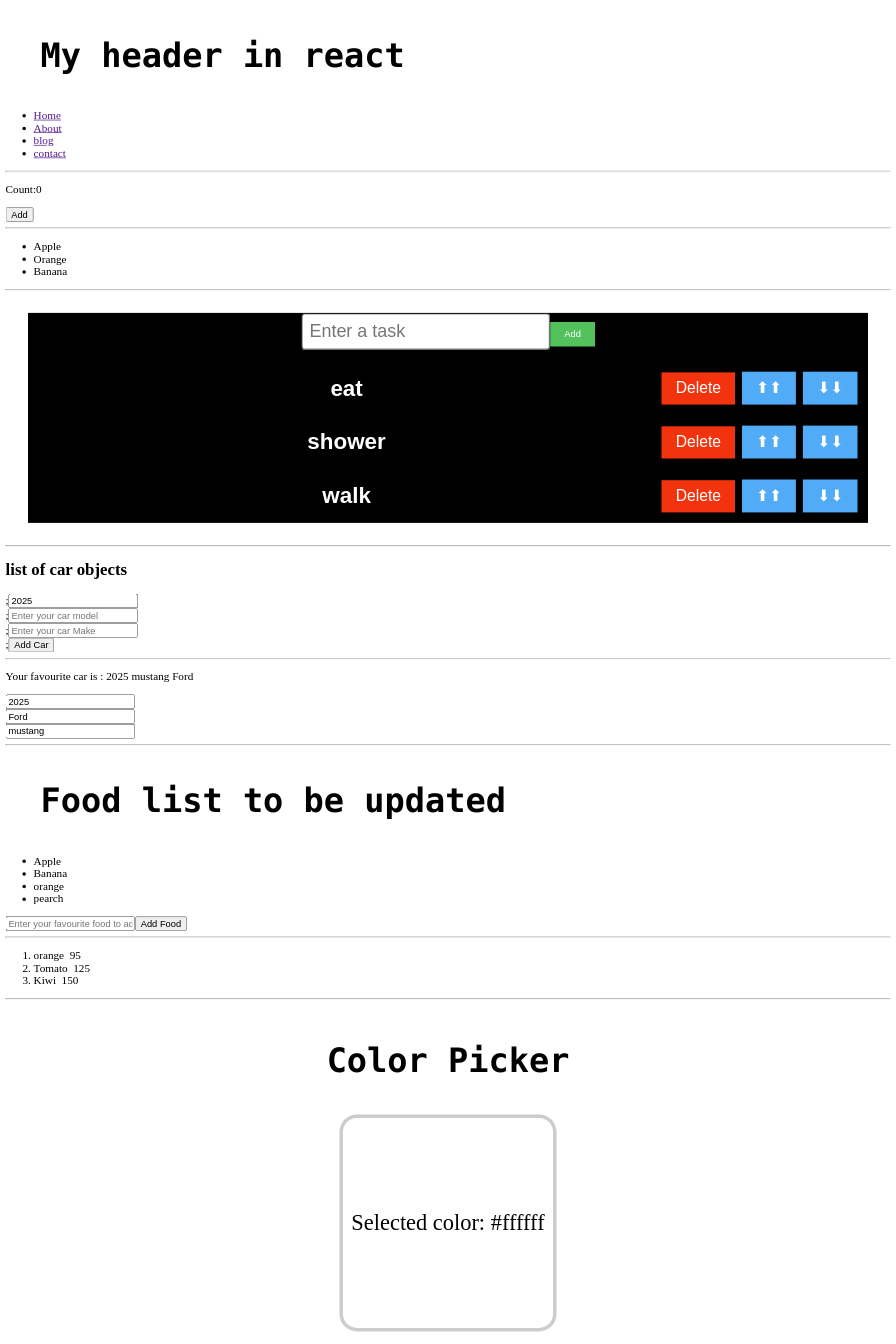
Repository: profbkmurage/reactLearning
Page: /
These files come from the project's save history. The page is drawn as it stood at one moment and after the next save; the edit follows.
The browser window is 1280 px wide. The pictures show the part of the page from y = 0 to 1920 px (the page is 5832 px tall before and 5913 px after), at 70% of full size.
The project was rebuilt for these pictures with package versions that can differ from the ones it lists, and the page was loaded fresh each time. Also part of the build but not shown: vite.config.js, src/DigitalClock.jsx.

Above is the page before, as saved 2025-02-14 10:19:43.

### src/App.jsx
import Header from "./header";
import Footer from "./footer";
import Food from "./Food";
import Card from "./Card";
import Person from "./reactProps";
import profilePic from './assets/bk.jpg';
import UserGreeting from "./usergreeting";
import List from "./List";
import ReusableList from "./ReusableList";
import Button from "./Button";
import PicHide from "./PicHide";
import MyComponent from "./MyComponent.jsx"
import Counter from "./Counter.jsx";
import ChangeHandler from "./OnchangeFile.jsx";
import ColorPicker from "./ColorPicker.jsx";
import UpdaterFunction from "./UpdaterFunctions.jsx";
import FoodUpdater from "./FoodUpdater.jsx";
import CarUpdater from "./CarUpdater.jsx";
import ToDooList from "./ToDoo.jsx";
import ComponetMain from "./UseEffectLearn.jsx";
import DigitalClock from "./DigitalClock.jsx";

function App() {

    const fruits = [{ id:1 ,name: 'Banana', carlories: 50 },
                    { id: 2,name: 'orange', carlories: 95 },
                    { id: 3,name: 'Tomato', carlories: 125 },
                    { id: 4,name: 'Kiwi', carlories: 150 }
                    // the id willl help to give the key value which is necessary for react to keep track of the data in the list
    ];

    const vegetables = [{ id:5 ,name: 'Cabbage', carlories: 50 },
                    { id: 6,name: 'Kales', carlories: 95 },
                    { id: 7,name: 'Apple', carlories: 125 },
                    { id: 8,name: 'Brocolli', carlories: 150 }
                    // the id willl help to give the key value which is necessary for react to keep track of the data in the list
    ];

    const cars = [
    ];

  return (
    // since the retun statement here can only return one component, we tie all components in a fragment
    <>
      <Header></Header> {/* //can also be written as <Header/> */}

      <hr />
      <ComponetMain />
      <hr />
      <Food />
      <hr />
      <ToDooList />
      <hr />
      <CarUpdater/>
      <hr />
      <UpdaterFunction/>
      <hr />
      <FoodUpdater/>
      <hr />
      <List/> {/*this pulls from one componet that is not reusable*/}
      <hr />
      <ColorPicker/>
      <hr />
      <Counter/>
      <hr />
      <ChangeHandler/>
      <hr />
      <PicHide/>
      <hr />
     <MyComponent/>
      <hr />
      <Button/>
      <hr />
      <hr />
      <ReusableList items={fruits} cartegory ='Fruits'/> {/*this pulls from one componet that is reusable*/}
      <ReusableList items={vegetables} cartegory ='Vegetables '/> {/*this pulls from one componet that is reusable*/}
      {cars.length > 0 && <ReusableList items={cars} cartegory='Cars ' />} {/*this will render the car list conditionally such that when the list is empty then it will not appear on the frontend*/}
      <hr />

      <UserGreeting isLoggedIn= {true} userName= 'Prof'/>
      <hr />

      <Card/>
      <Card/>
      <hr />

      <Person name='Ben' imgsrc={profilePic} isStudent={false} description='lorem ihhdfcuyhyghfvvayhgjkjeijijeij' age={45} />
      <Person/>
      <hr />

      <Footer/>
    </>
  )
}
// card
export default App

### src/header.jsx

function Header() {
    // react components are only able to return one elememt only but you can tie children in the elements
    return (
        <header>
            <h1>My header in react</h1>
            <nav>
                <ul>
                    <li><a href="">Home</a></li>
                    <li><a href="">About</a></li>
                    <li><a href="">blog</a></li>
                    <li><a href="">contact</a></li>
                </ul>
            </nav>
        </header>
    )
}

export default Header;

### src/footer.jsx
function Footer() {
    return (
        <footer>
            <p>&copy;{new Date().getFullYear()} all rights reseved</p>
        </footer>
    )
}

export default Footer

### src/Food.jsx
function Food() {
    const food1 = 'Orange';
    const food2 = 'Banana';

    return (
        <ul>
            <li>Apple</li>
            <li>{food1}</li>
            <li>{food2}</li>
        </ul>
    )
}

export default Food

### src/Card.jsx
import profilePic from "./assets/bk.jpg"

function Card() {
    return (
        <div className="card">
            <img className="cardImage" src={profilePic} alt="" />
            <h2 className="cardTitle">Brian Murage</h2>
            <p className="cardText">I am a student currently taking a bachelors degree in education science</p>
        </div>
    );
}

export default Card

### src/reactProps.jsx
// you have to import proptypes so as to use and create the property types
import propTypes from "prop-types";
import defaultPic from "./assets/bk.jpg"

function Person(props) {
    return (
         <div className="card">
            <img className="cardImage" src={props.imgsrc} alt="a pic here" />
            <h2 className="cardTitle">{props.name}</h2>
            <p className="cardText">{props.description}</p>
            <p className="cardText">{props.age}</p>
            <p className="cardText">{props.isStudent ? 'yes' : 'no'} </p>
        </div>
    )
}

Person.propTypes = {
    name: propTypes.string,
    age: propTypes.number,
    description: propTypes.string,
    imgsrc: propTypes.string,
    isStudent: propTypes.bool
}
// props can have default values such that when not defined, these will take effect
Person.defaultProps = {
     name: 'no defined name',
    age: 'age not defined',
    description: 'no defined value here',
    imgsrc: defaultPic,
    isStudent: false
}

export default Person

### src/usergreeting.jsx
import propTypes from"prop-types"

function UserGreeting(props) {
    // if (props.isLoggedIn) {
    //     return (
    //         <h2>Welcome {props.userName}</h2>
    //     )
    // }this can be replced by a tenary operation
    const logInMessage = <h2 className="login-prompt">please login to continue</h2>;
    const loggedInMessage = <h2 className="welcome-message">welcome {props.userName}</h2>;

    return(props.isLoggedIn ? loggedInMessage : logInMessage)

}

UserGreeting.propTypes = {
    userName: propTypes.string,
    isLoggedIn: propTypes.bool
}

export default UserGreeting;

### src/List.jsx


function List() {
    const fruits = [{ id:1 ,name: 'Banana', carlories: 50 },
                    { id: 2,name: 'orange', carlories: 95 },
                    { id: 3,name: 'Tomato', carlories: 125 },
                    { id: 4,name: 'Kiwi', carlories: 150 }
                    // the id willl help to give the key value which is necessary for react to keep track of the data in the list
    ];
    // we can sort the list before we display it
    //fruits.sort((a, b) => a.name.localeCompare(b.name));  //this is using alphabetical
    // fruits.sort((a, b) => b.name.localeCompare(a.name));  //this is using reverse alphabetical

    // sorting by numerical values
    // fruits.sort((a,b) => b.carlories - a.carlories)

    // sorting by a specific criterion eg. get all that are greater than 94
    const lowCarlories = fruits.filter(fruit => fruit.carlories > 94);

    const listItems = lowCarlories.map(lowCarlorie => <li key={lowCarlorie.id}>
                                            {lowCarlorie.name} &nbsp;
                                            {lowCarlorie.carlories}
                                            </li>);
    return (
        <ol>{listItems}</ol>
    )
}

export default List

### src/ReusableList.jsx
import propTypes from 'prop-types';

function ReusableList(props) {
    const cartegory = props.cartegory;
    const itemList = props.items;

    const listItems = itemList.map(item => <li key={item.id}>
                                    {item.name}: &nbsp;
                                    <b>{item.calories}</b>
                                </li> );
    return (<>
        <h3 className='list-cartegory'>{cartegory}</h3>
        <ol className='list-item'>{listItems}</ol>
    </>)
}

ReusableList.propTypes = {
    cartegory : propTypes.string,
    items: propTypes.arrayOf(propTypes.shape({
        id: propTypes.number,
        name: propTypes.string,
        calories: propTypes.number
    }))
}

ReusableList.defaultProps = {
    cartegory: 'Cartegory',
    items: []
}

export default ReusableList;

### src/Button.jsx
function Button() {
    // const handleClick = () => alert('Hi there');

    let count = 0;
    const handleClickParams = (name) => {
        if (count < 3) {
            count++;
            alert(`${name} you clicked me ${count} times!`);
        } else {
            alert(name + ' stop clicking me now!')
        }

    }
    return (
        <>
        {/* <button onClick ={handleClick}>click me now 😂😂</button> */}
            <button onClick={()=>handleClickParams('Brian')}>click me now 😂😂</button>
            </>
    )
}

export default Button

### src/PicHide.jsx
function PicHide() {
    const imgURL = './src/assets/bk.jpg';

    const handleClick = (e) => e.target.style.display = 'none';

    return (
        <img onClick={(e)=> handleClick(e)} src={imgURL} alt="" ></img>
    )
}

export default PicHide

### src/MyComponent.jsx
import {useState} from "react";

function MyComponent() {
    const [name, setName] = useState('Guest');
    const [age, setAge] = useState(0);
    const [isEmployed, setIsEmployed] = useState(false);

    const updateName = () => {
        setName('Oswad Coberpolt')
    }

    const incrementAge = () => {
        setAge(age + 1);
    }

    const toogleEmployedStatus = () => {
        setIsEmployed(!isEmployed);
    }

    return (
        <div>
            <p>Name: {name}</p>
            <button onClick={updateName}>Set Name</button>

            <p>Age: {age}</p>
            <button onClick={incrementAge}>Set age</button>

            <p>Is Employed: {isEmployed?'Yes': 'No'}</p>
            <button onClick={toogleEmployedStatus}>Toogle employment status</button>
        </div>
    )
}

export default MyComponent;

### src/Counter.jsx
import  { useState } from "react";

function Counter() {
    let [counter, setCounter] = useState(0);

    const increment = () => {
        setCounter(counter++);
    }

    const decrement = () => {
        setCounter(counter--);
    }

    const reset = () => {
        setCounter(0);
    }

    return (
        <div className="counter-div">
            <p className="count-display">{counter}</p>
            <button onClick={decrement} className="bttn counter-decrease">Deacrese</button>
            <button onClick={reset} className="bttn reset">reset</button>
            <button onClick={increment} className="bttn increase">increase</button>
        </div>
    )

}

export default Counter

### src/OnchangeFile.jsx
import { useState } from "react";

function ChangeHandler() {
    const [name, setName] = useState('Your name here');
    const [quantity, setQuantity] = useState(0);
    const [paymentMode, setPaymentMode] = useState('Select only one');
    const [shippingMethod,setShipMethod] = useState('')

    function handleNameChange(event) {
        setName(event.target.value);
    }

    function handleQuantity(event) {
        setQuantity(event.target.value);
    }

    function handlePaymentMode() {
        setPaymentMode(event.target.value);
    }

    function handleShipment(event) {
        setShipMethod(event.target.value);
    }

    return (
        <div>
            <input type="text" value={name} onChange={handleNameChange} />
            <p>Name: {name}</p>

            <input type="number" value={quantity} onChange={handleQuantity } />
            <p>quantity: {quantity}</p>

            <select name="" id="" value={paymentMode} onChange={handlePaymentMode}>
                <option value="">select one</option>
                <option value="visa">visa</option>
                <option value="master">master</option>
                <option value="giftCard">giftCard</option>
                <option value="mpesa">mpesa</option>
            </select>
            <p>Payment: {paymentMode}</p>
            <br />
            <label >
                <input type="radio" value='pick up' checked = {shippingMethod === 'pick up'} onChange={handleShipment} />
                pick up
            </label><br />
            <br />
            <label >
                <input type="radio" value='delivery' checked = {shippingMethod === 'delivery'} onChange={handleShipment} />
                delivery
            </label><br />
            <p>Shippment Method: {shippingMethod}</p>
        </div>
    )
}

export default ChangeHandler;

### src/ColorPicker.jsx
import { useState } from "react";

function ColorPicker() {
    const [color, setColor] = useState("#ffffff");

    function handleColorChange(event) {
        setColor(event.target.value)
    }

    return (
        <div className="color-picker-container">
            <h1>Color Picker</h1>
            <div className="color-display" style={{ backgroundColor: color }}>
                <p>Selected color: {color}</p>
            </div>
            <label htmlFor="">Select a color: </label>
            <input type="color" value={color} onChange={handleColorChange} />
        </div>
    )
}

export default ColorPicker;

### src/UpdaterFunctions.jsx
import { useState } from "react";

function UpdaterFunction() {
    const [car, setCar] = useState({
        year: 2025,
        make: "Ford",
        model: "mustang"
    })

    function handleYearChange(event) {
        setCar(c => ({ ...c, year: event.target.value }));
        // the spread operator ...car must be used so that when updating, the car object retains the other property other than the year preoperty
}
    function handleModelChange(event) {
        setCar(c => ({ ...c, model: event.target.value}));

}
    function handleMakeChange(event) {
        setCar(c => ({ ...c, make: event.target.value }));
}

    return (
        <div>
            <p>Your favourite car is : {car.year} {car.model} {car.make}</p>
            {/* the goal here is to have the data in the paragraph change depending on what the user wants, so we need to have some inputs */}
            <input type="number" value={car.year} onChange={handleYearChange}/><br />

            <input type="text" value={car.make}onChange={handleMakeChange} /><br />
            <input type="text" value={car.model} onChange={handleModelChange} /><br />
        </div>
    );
}

export default UpdaterFunction;

### src/FoodUpdater.jsx
import { useState } from "react";

function FoodUpdater() {
    const [foods, setFoods] = useState(['Apple', 'Banana', 'orange', 'pearch']);

    function handleAddFood() {
        const newFood = document.getElementById('foodInput').value;
        document.getElementById('foodInput').value = '';

        setFoods(f => [...f, newFood]);

    }
    function handleRemoveFood(index) {
        setFoods(foods.filter((_,i)=>i!==index))
    }

    return (
        <div>
            <h1>Food list to be updated</h1>
            <ul>
                {foods.map((food, index) => <li key={index} onClick={()=>handleRemoveFood(index)}>{food}</li>)}
            </ul>

            <input type="text" id="foodInput" placeholder="Enter your favourite food to add to list" />
            <button onClick={handleAddFood}>Add Food</button>
        </div>
    )

}

export default FoodUpdater;

### src/CarUpdater.jsx
import { useState } from "react";

function CarUpdater() {
    const [cars, setCars] = useState([]);
    const [carYear, setCarYear] = useState(new Date().getFullYear());
    const [carMake, setCarMake] = useState('');
    const [carModel, setCarModel] = useState('')

    // function to add car and remove it
    function handleAddCar() {
        const newCar = {
            year: carYear,
            make: carMake,
            model: carModel
        };
        setCars(c => [...c, newCar]);
        setCarMake('');
        setCarModel('');
        setCarYear(new Date().getFullYear());
    }

    function handleRemoveCar(index) {
        setCars(c => c.filter((_, i) => i !== index));
    }
    // ?function to add year
    function handleYearChange(event) {
        setCarYear(event.target.value);
    }

    // function to add make
    function handleMakeChange(event) {
        setCarMake(event.target.value);
    }
    // function to add model
    function handleModelChange(event) {
        setCarModel(event.target.value);
    }
    return (
        <div>
            <h2>list of car objects</h2>
            <ul>
                {cars.map((car, index) =>
                    <li key= {index} onClick={()=>handleRemoveCar(index)} >
                        {car.year} {car.model} {car.make}
                </li>
            )}
            </ul>;
        <input type="number" value= {carYear} onChange={handleYearChange} /><br/>;
        <input type="text" placeholder="Enter your car model" value= {carModel} onChange={handleModelChange} /><br/>;
        <input type="text" placeholder="Enter your car Make" value= {carMake} onChange={handleMakeChange} /><br/>;
        <button onClick={handleAddCar}>Add Car</button>
        </div>
    );
}

export default CarUpdater

### src/ToDoo.jsx
import { useState } from "react";

function ToDooList() {
    const [tasks, setTasks] = useState(['eat', 'shower', 'walk']);
    const [newTask, setNewTask] = useState('');



    function handleInputChange(event) {
        setNewTask(event.target.value)
    }

    function addTask() {
        if (newTask.trim() !== '') {
            setTasks(t => [...t, newTask]);
            setNewTask('');
        } else { alert('invalid input method! task cannot be empty') };

    }

    function deleteTask(index) {
        const updatedTasks = tasks.filter((_, i) => i !== index);
        setTasks(updatedTasks);
    }

    function moveTaskUp(index) {
        if (index > 0) {
            const updatedTasks = [...tasks];
            [updatedTasks[index], updatedTasks[index - 1]] = [updatedTasks[index - 1], updatedTasks[index]];
            setTasks(updatedTasks);
        }
    //     else {
    //         const bttn = document.querySelector('move-button')
    //         bttn.style.display= 'none'
    //   }
    }

    function moveTaskDown(index) {
        if (index < tasks.length-1) {
            const updatedTasks = [...tasks];
            [updatedTasks[index], updatedTasks[index + 1]] = [updatedTasks[index + 1], updatedTasks[index]];
            setTasks(updatedTasks);
      }

    }
    return (
        <div className="to-do-list">
            <div>
                <input type="text" placeholder="Enter a task" value={newTask} onChange={handleInputChange} />
                <button className="add-button" onClick={addTask}>Add</button>
            </div>
            <ol>
                {tasks.map((task, index) =>
                    <li key={index}><span className="text">{task}</span>
                    <button className="delete-button" onClick={()=>deleteTask(index)}>Delete</button>
                    <button className="move-button" onClick={()=>moveTaskUp(index)}>⬆⬆</button>
                    <button className="move-button" onClick={()=>moveTaskDown(index)}>⬇⬇</button>
                    </li>
                )}
        </ol>

        </div>
    );
}

export default ToDooList;

### src/UseEffectLearn.jsx
import { useState, useEffect } from "react";

function ComponetMain() {
    const [count, setCount] = useState(0);

    // useeffect should be placed near the top
    useEffect(() => {
        document.title = `count: ${count}`;
    },[count]) //the second argument is a dependacy which tells react to update our title only when ther dependacy changes

    function addCount() {
        setCount(c => c + 1);
    }

    return (
        <div>
            <p>Count:{count} </p>
            <button onClick={addCount}>Add</button>
        </div>
    )
}

export default ComponetMain;

Loaded but not shown: index.html (common file); src/main.jsx (common file); src/index.css (242 lines, source omitted)

After the next save:
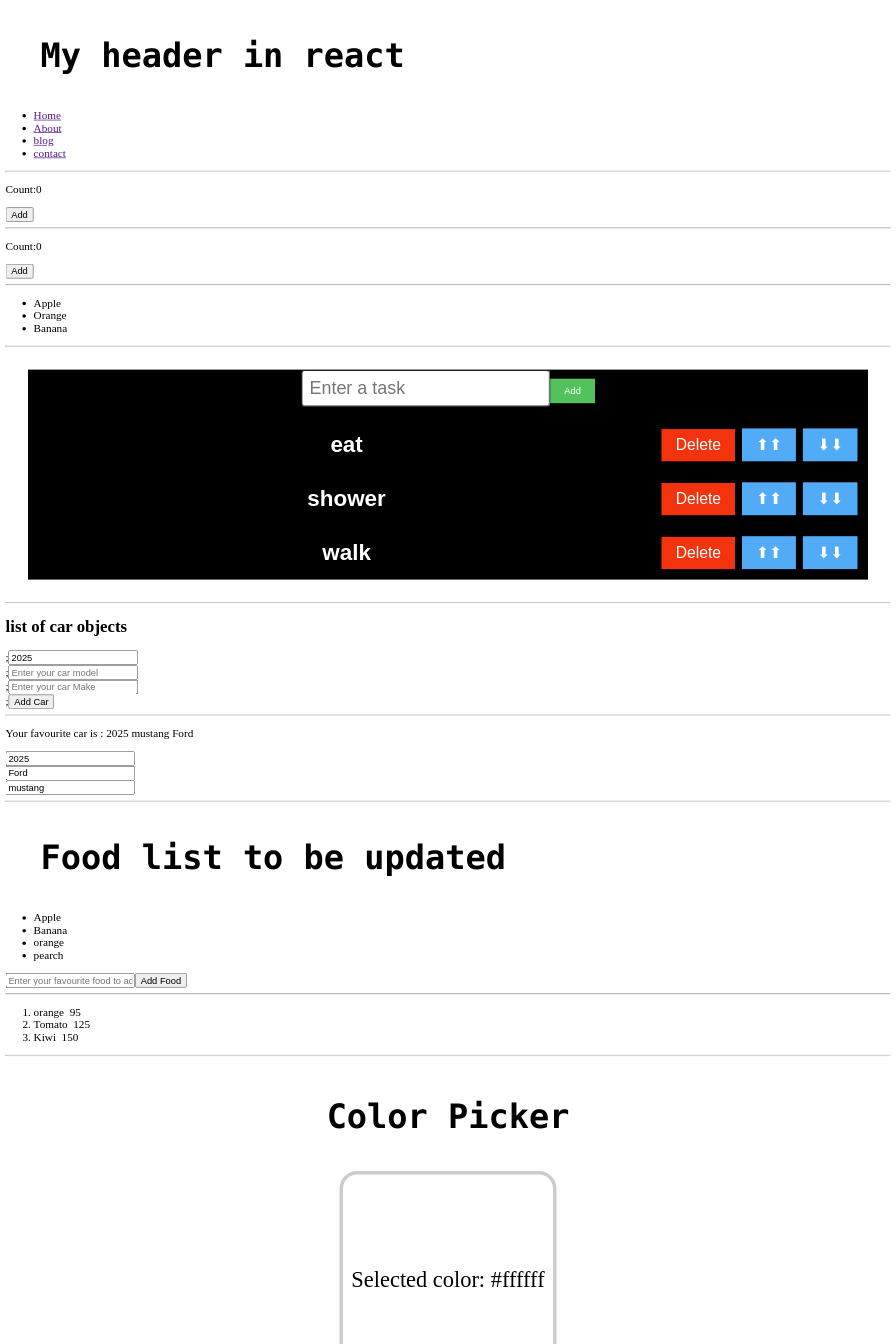
Saved 13 s later.
--- a/src/App.jsx
+++ b/src/App.jsx
@@ -44,6 +44,8 @@ function App() {
     <>
       <Header></Header> {/* //can also be written as <Header/> */}
 
+      <hr />
+      <ComponetMain />
       <hr />
       <ComponetMain />
       <hr />
